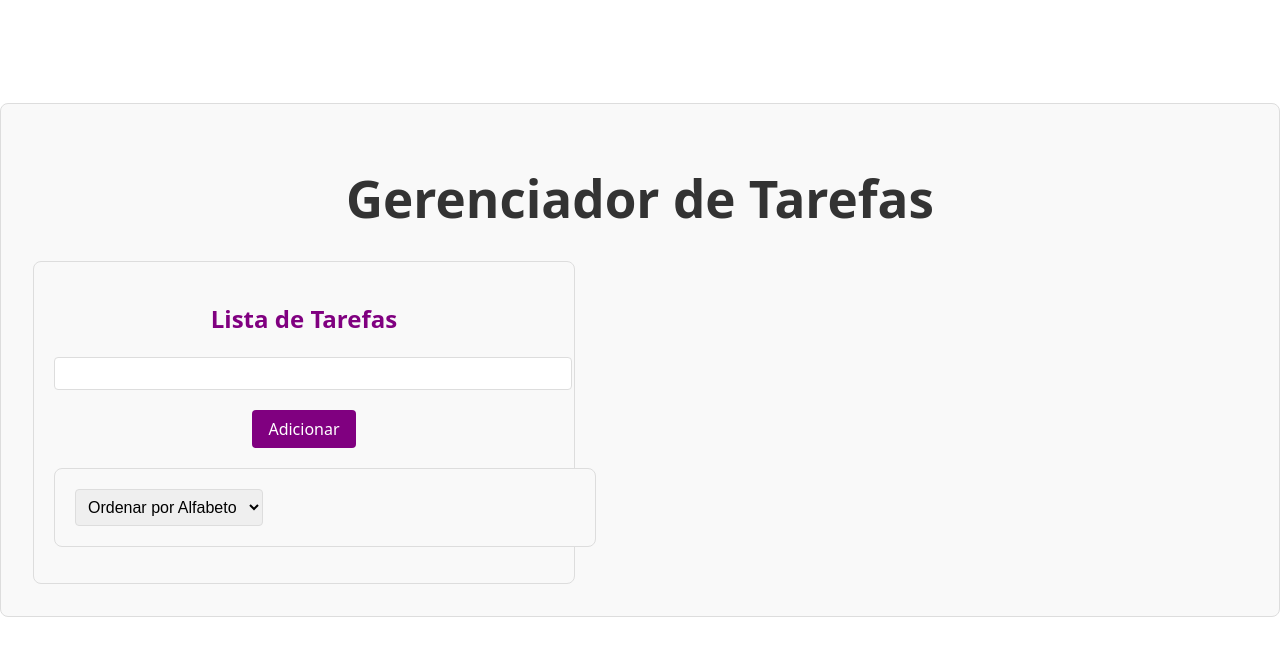
Repository: matheusarrabal12/todo
Page: /
An editor plug-in stored every save of this project. The page is shown before and after the next save, followed by the edit.
The browser window is 1280 px wide. The pictures show the whole page.
The project was rebuilt for these pictures with package versions that can differ from the ones it lists, and the page was loaded fresh each time. Also part of the build but not shown: vite.config.js.

Above is the page before, as saved 2025-04-03 15:16:13.

After the next save:
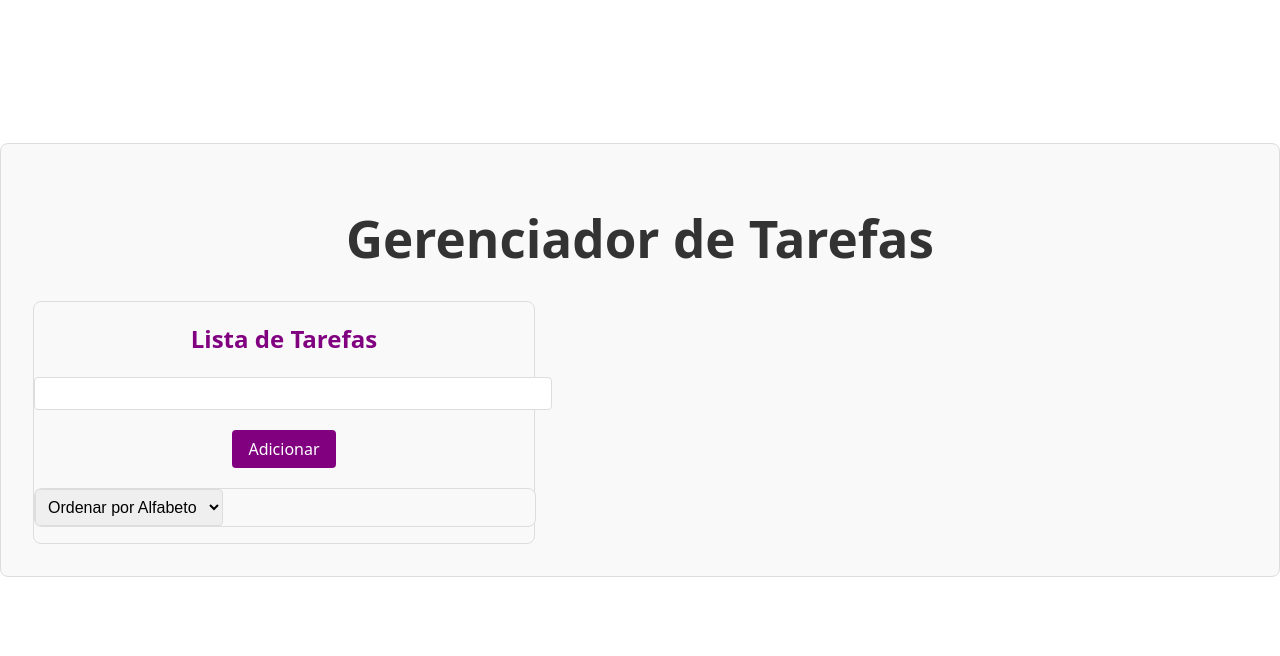
Saved 5 s later.
--- a/src/components/ListaTarefas.css
+++ b/src/components/ListaTarefas.css
@@ -12,7 +12,7 @@
   div {
     width: 100%;
     max-width: 500px;
-    margin-top: ; 0 auto;
+    margin-top:
     padding: 20px;
     border: 1px solid #ddd;
     border-radius: 8px;

After the 3 saves that followed:
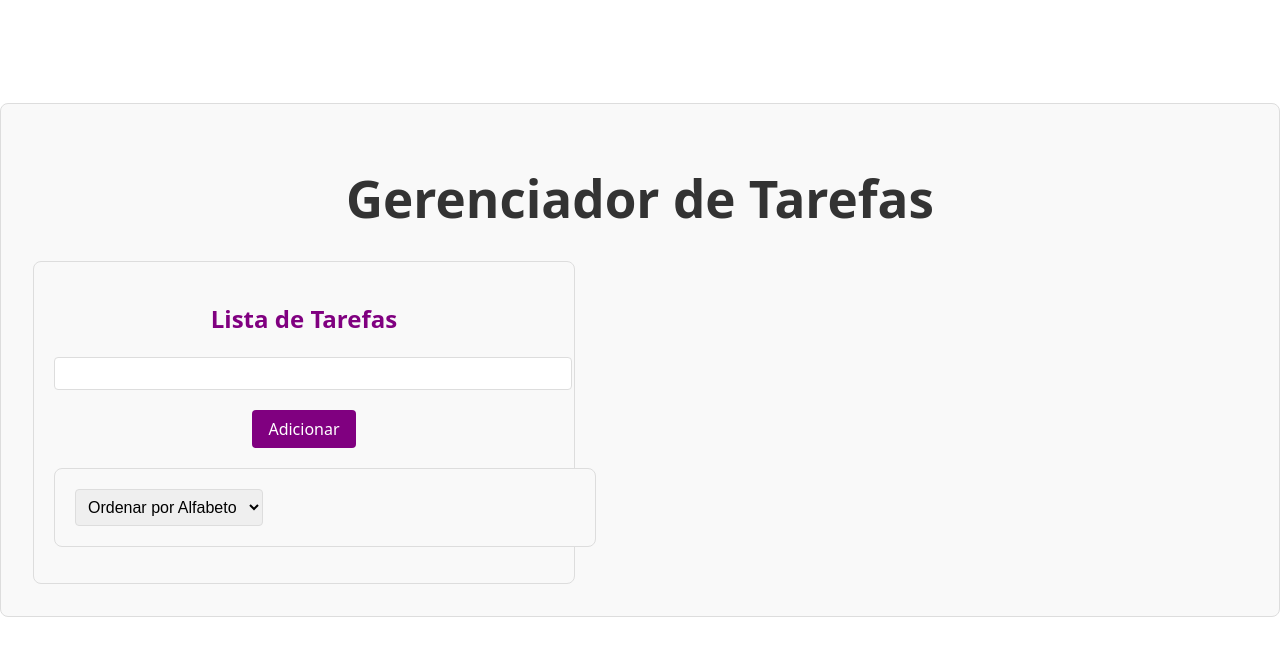
The 3 saves are shown as one change because they came seconds apart.
The last was saved 18 s later.
--- a/src/components/ListaTarefas.css
+++ b/src/components/ListaTarefas.css
@@ -12,7 +12,7 @@
   div {
     width: 100%;
     max-width: 500px;
-    margin-top:
+    margin-top: 10px;
     padding: 20px;
     border: 1px solid #ddd;
     border-radius: 8px;
